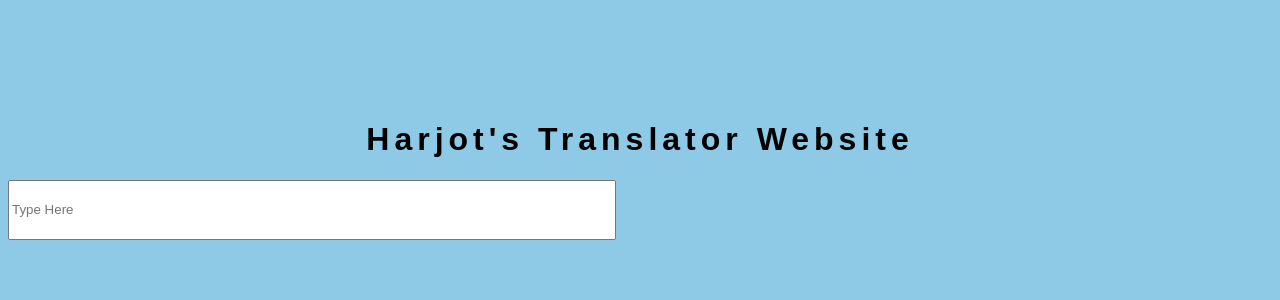
Repository: Harjot00/Pythonpractice
Page: Translator/homepage.html
The author's editor kept a copy of each file at every save. The page is drawn from the files as they stood at one save, then again after the next save.
The browser window is 1280 px wide. The pictures show the whole page.
Some web fonts or font styles are not loaded; a fallback is used.

Above is the page before, as saved 2022-03-06 18:16:32.

After the next save:
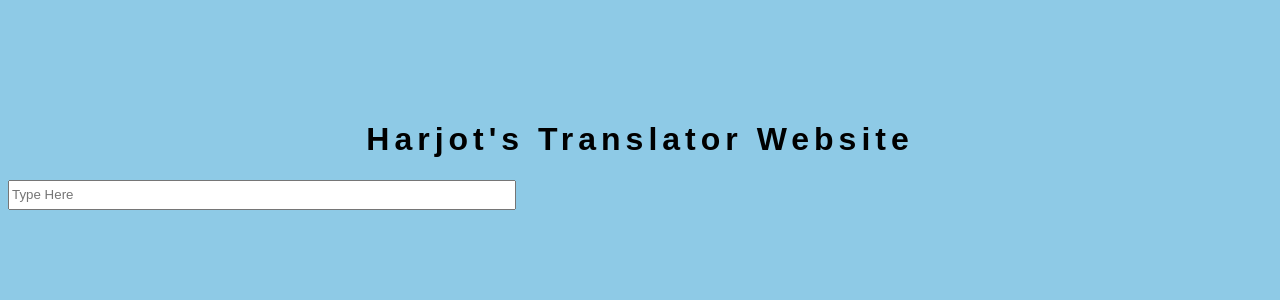
Saved 20 s later.
--- a/Translator/styles.css
+++ b/Translator/styles.css
@@ -7,6 +7,6 @@
     text-align: center;
 }
 #entry{
-    width: 600px;
-    height: 54px;
+    width: 500px;
+    height: 24px;
 }
